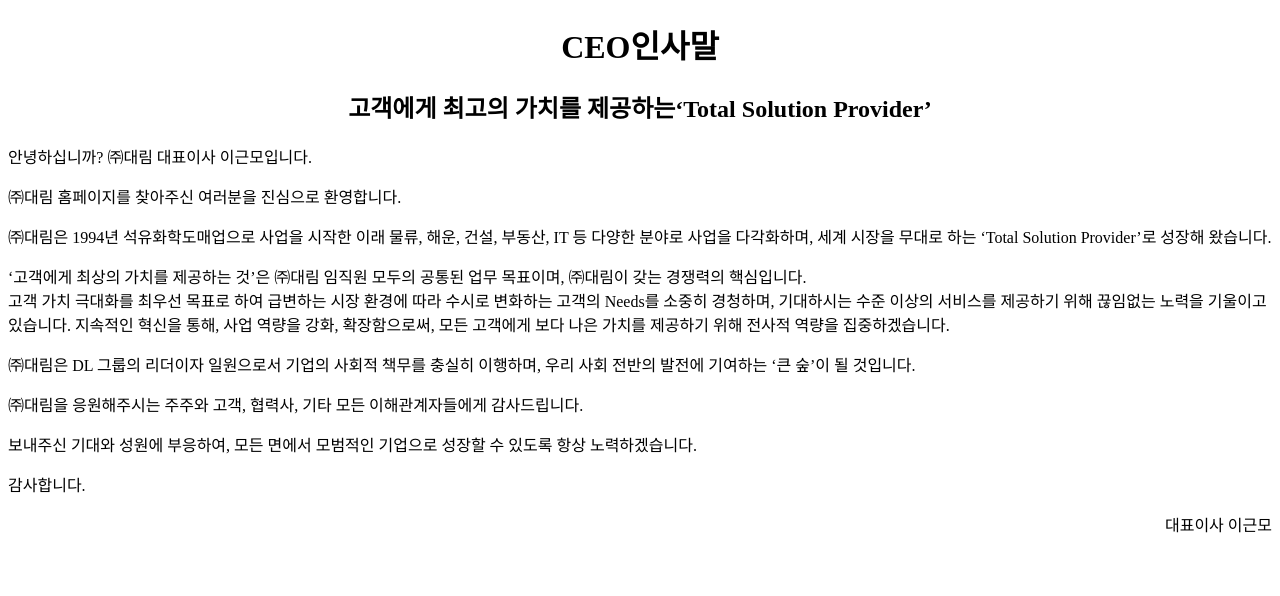
Repository: Hswwwww/WEB
Page: ClientTest/src/main/webapp/html/Q002.html
These files come from the project's save history. The page is drawn as it stood at one moment and after the next save; the edit follows.
The browser window is 1280 px wide. The pictures show the whole page.

Above is the page before, as saved 2024-03-13 02:11:56.

After the next save:
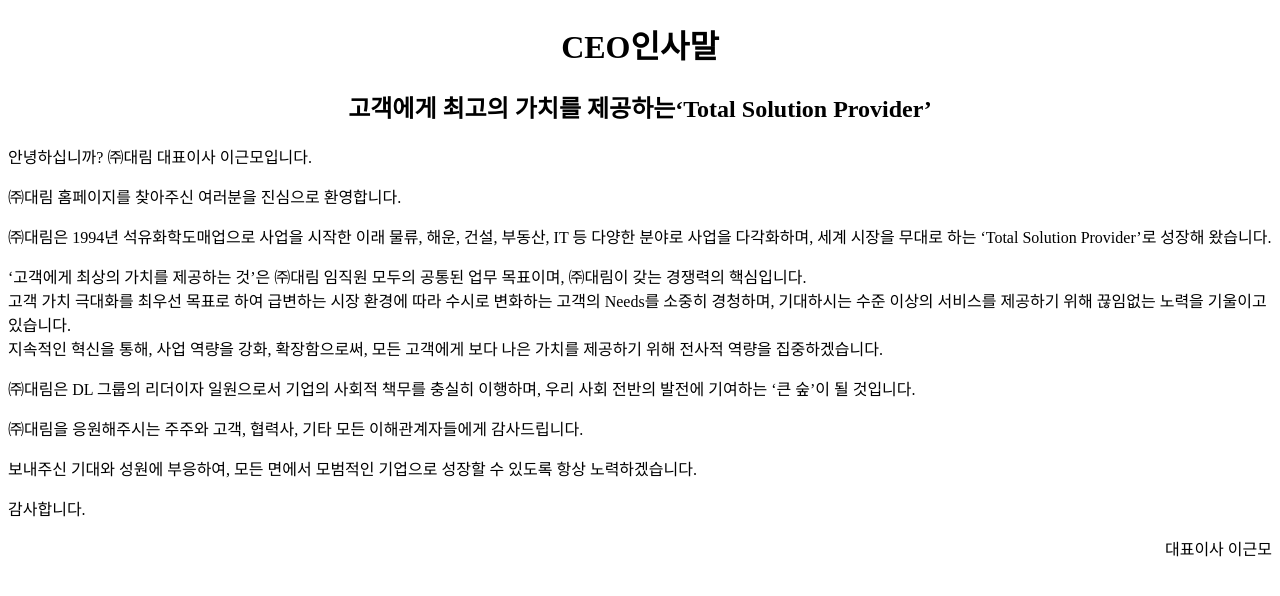
Saved 41 s later.
--- a/ClientTest/src/main/webapp/html/Q002.html
+++ b/ClientTest/src/main/webapp/html/Q002.html
@@ -16,7 +16,7 @@
 	㈜대림은 1994년 석유화학도매업으로 사업을 시작한 이래 물류, 해운, 건설, 부동산, IT 등 다양한 분야로 사업을 다각화하며, 세계 시장을 무대로 하는 ‘Total Solution Provider’로 성장해 왔습니다.<br></p>
 	<p align = "left">
 	‘고객에게 최상의 가치를 제공하는 것’은 ㈜대림 임직원 모두의 공통된 업무 목표이며, ㈜대림이 갖는 경쟁력의 핵심입니다. <br>
-고객 가치 극대화를 최우선 목표로 하여 급변하는 시장 환경에 따라 수시로 변화하는 고객의 Needs를 소중히 경청하며, 기대하시는 수준 이상의 서비스를 제공하기 위해 끊임없는 노력을 기울이고 있습니다.
+고객 가치 극대화를 최우선 목표로 하여 급변하는 시장 환경에 따라 수시로 변화하는 고객의 Needs를 소중히 경청하며, 기대하시는 수준 이상의 서비스를 제공하기 위해 끊임없는 노력을 기울이고 있습니다.<br>
 지속적인 혁신을 통해, 사업 역량을 강화, 확장함으로써, 모든 고객에게 보다 나은 가치를 제공하기 위해 전사적 역량을 집중하겠습니다.<br></p>
 	<p align = "left">
 	㈜대림은 DL 그룹의 리더이자 일원으로서 기업의 사회적 책무를 충실히 이행하며, 우리 사회 전반의 발전에 기여하는 ‘큰 숲’이 될 것입니다.<br></p>
